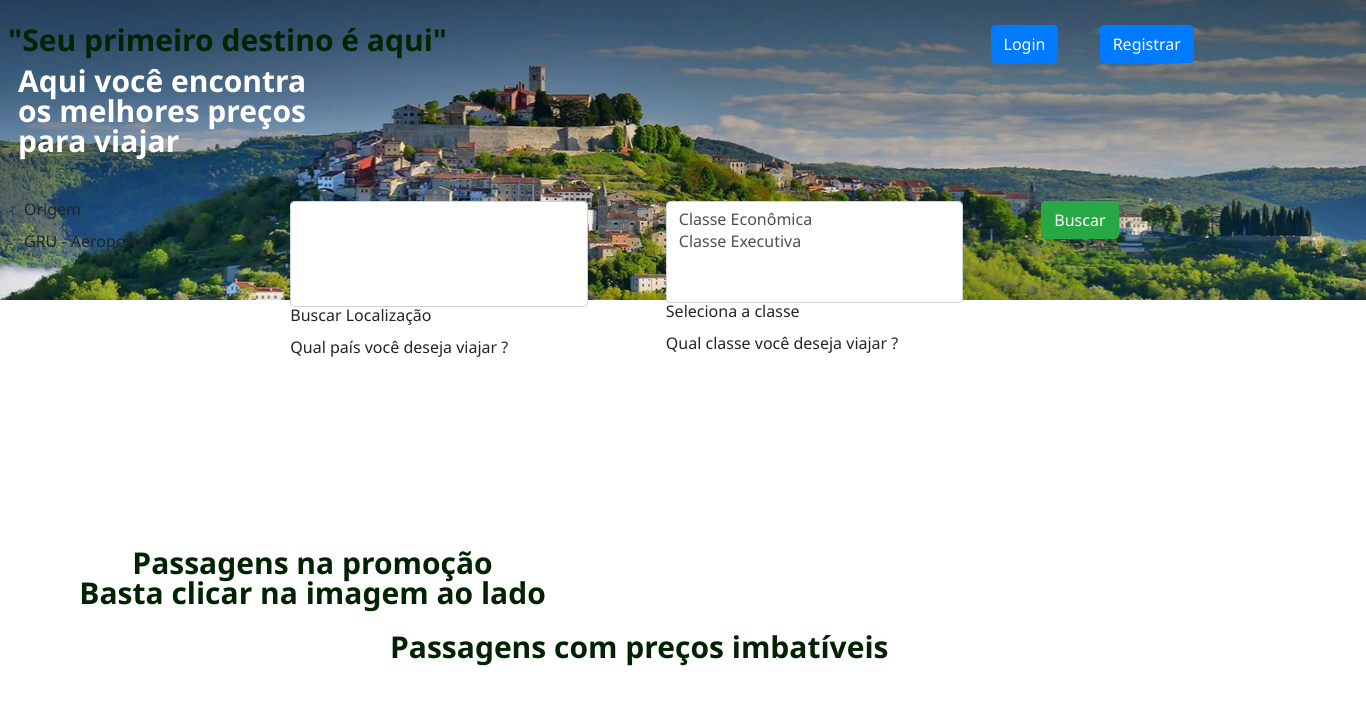
Repository: VictorFlay/Aplicacao-WEB
Page: http://localhost/ProjetoWeb/
These files come from the project's save history. The page is drawn as it stood at one moment and after the next save; the edit follows.
The browser window is 1280 px wide. The page is 1366 px wide, so the pictures cover 1366 px, including what lies to the right of the window. The pictures show the whole page.
Some web libraries are served in a nearby version. The page is served by Tomcat 9. Queries for data that is not in the repository find no rows.

Above is the page before, as saved 2021-07-06 17:14:31.

After the next save:
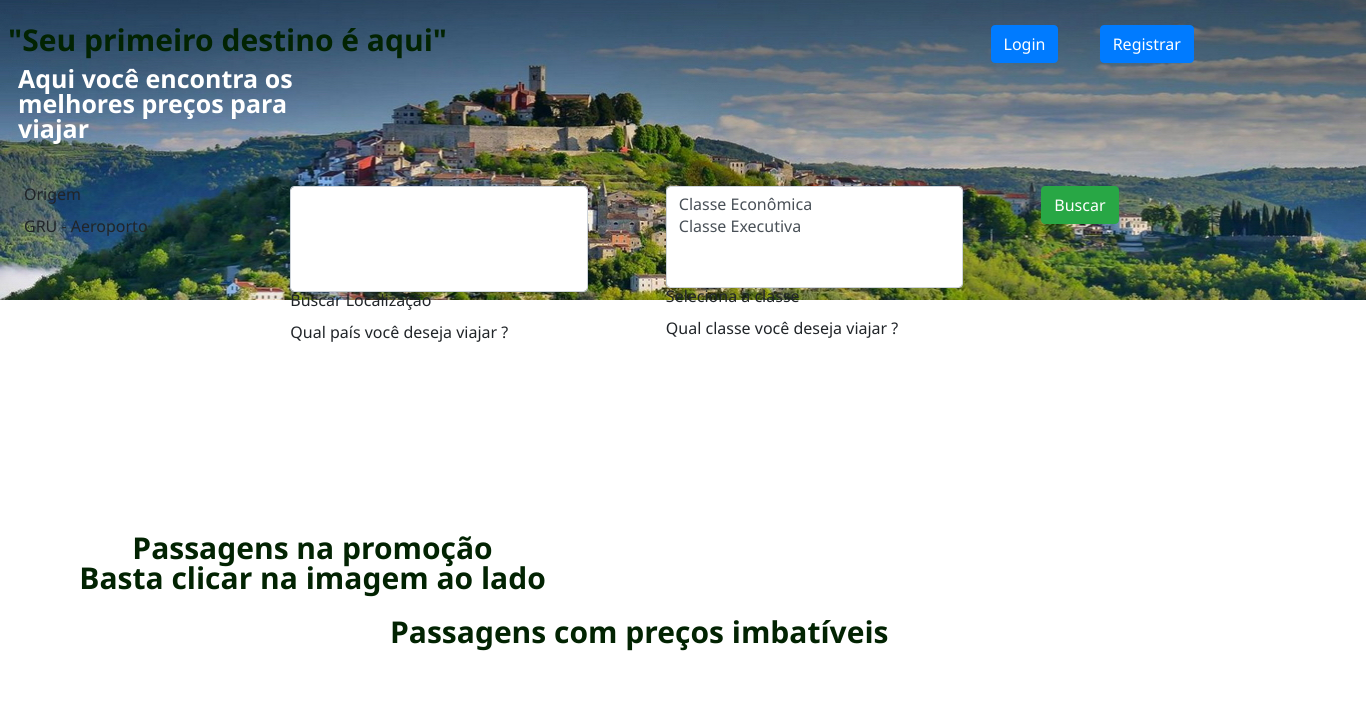
Saved 20 s later.
--- a/ProjetoWeb/WebContent/css/design.css
+++ b/ProjetoWeb/WebContent/css/design.css
@@ -89,7 +89,7 @@
 
     z-index: 3;
     font-weight: bold;
-    font-size: 30px;
+    font-size: 25px;
     left: 10px;
     top: 3px;
     display: block;

After the save that followed:
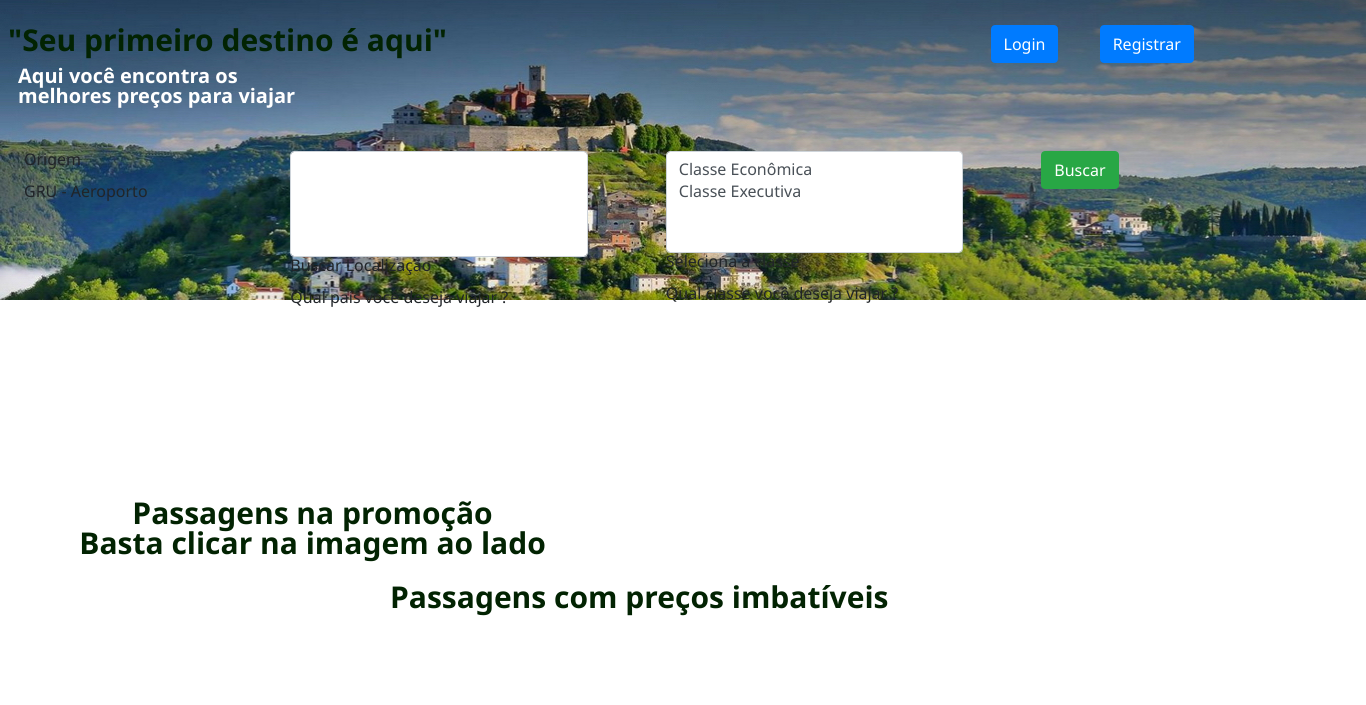
Saved 54 s later.
--- a/ProjetoWeb/WebContent/css/design.css
+++ b/ProjetoWeb/WebContent/css/design.css
@@ -89,7 +89,7 @@
 
     z-index: 3;
     font-weight: bold;
-    font-size: 25px;
+    font-size: 20px;
     left: 10px;
     top: 3px;
     display: block;
